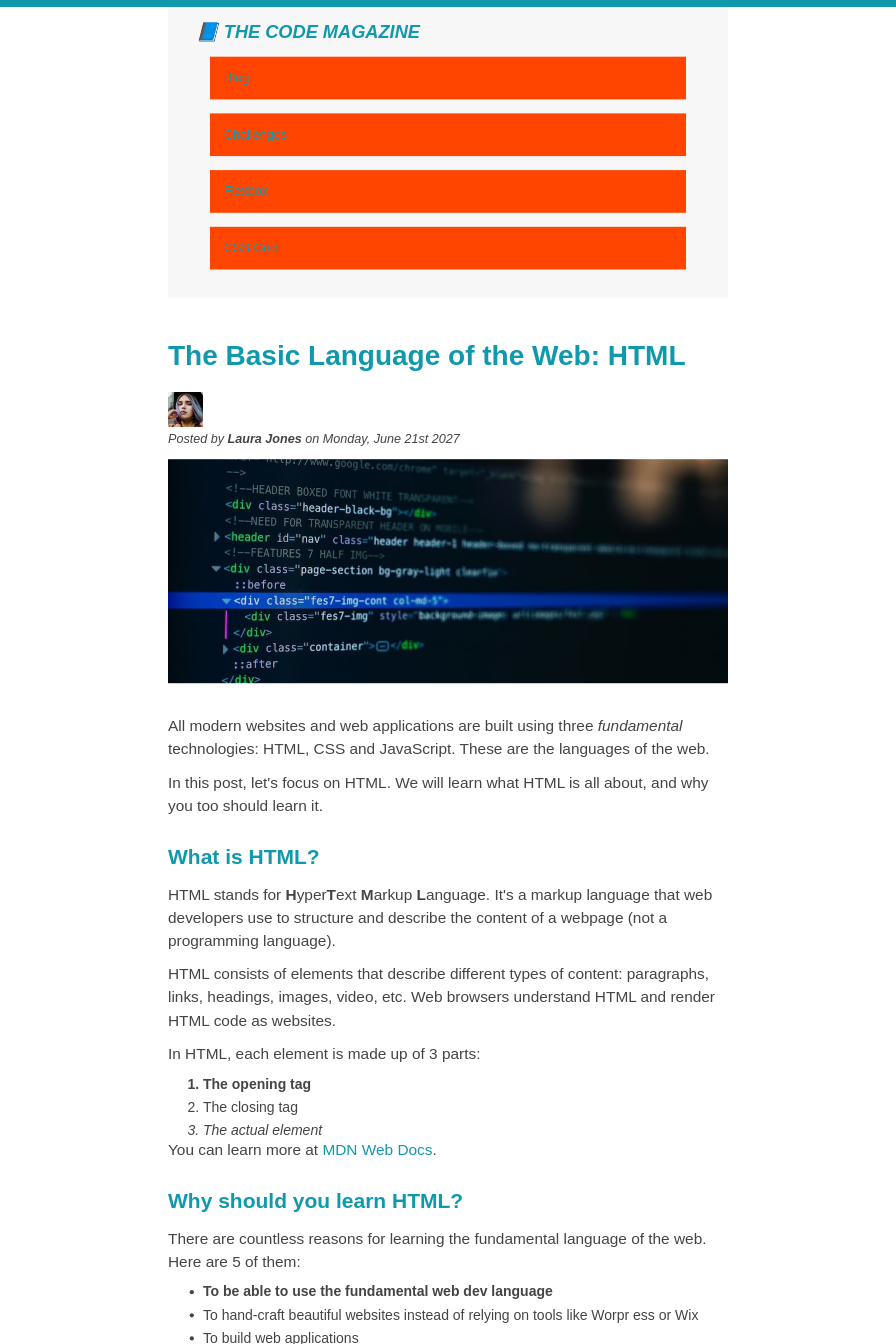
Repository: sunny070/CSS
Page: #1/index.html
An editor plug-in stored every save of this project. The page is shown before and after the next save, followed by the edit.
The browser window is 1280 px wide. The pictures show the part of the page from y = 0 to 1920 px (the page is 2621 px tall before and 2298 px after), at 70% of full size.

Above is the page before, as saved 2023-11-06 10:47:20.

### #1/index.html
<!DOCTYPE html>
<html lang="en">
  <head>
    <meta charset="UTF-8" />
    <title>The Basic Language of the Web: HTML</title>
    <link rel="stylesheet" href="style.css">
  </head>

  <body>
    <!--
    <h1>The Basic Language of the Web: HTML</h1>
    <h2>The Basic Language of the Web: HTML</h2>
    <h3>The Basic Language of the Web: HTML</h3>
    <h4>The Basic Language of the Web: HTML</h4>
    <h5>The Basic Language of the Web: HTML</h5>
    <h6>The Basic Language of the Web: HTML</h6>
    -->
<div class="container">
    <header class="main-header">
      <h1>📘 The Code Magazine</h1>

      <nav>
        <a href="blog.html">Blog</a>
        <a href="#">Challenges</a>
        <a href="#">Flexbox</a>
        <a href="#">CSS Grid</a>
      </nav>
    </header>

    <article>
      <!-- <p>Test</p> -->
      <header class="post-header">
        <h2>The Basic Language of the Web: HTML</h2>

        <img
          src="img/laura-jones.jpg"
          alt="Headshot of Laura Jones"
          height="50"
          width="50"

        />

        <p id="author">Posted by <strong>Laura Jones</strong> on Monday, June 21st 2027</p>

        <img
          src="img/post-img.jpg"
          alt="HTML code on a screen"
          width="500"
          height="200"
          class="post-img"
        />
      </header>

      <p>
        All modern websites and web applications are built using three
        <em>fundamental</em>
        technologies: HTML, CSS and JavaScript. These are the languages of the
        web.
      </p>

      <p>
        In this post, let's focus on HTML. We will learn what HTML is all about,
        and why you too should learn it.
      </p>

      <h3>What is HTML?</h3>
      <p>
        HTML stands for <strong>H</strong>yper<strong>T</strong>ext
        <strong>M</strong>arkup <strong>L</strong>anguage. It's a markup
        language that web developers use to structure and describe the content
        of a webpage (not a programming language).
      </p>
      <p>
        HTML consists of elements that describe different types of content:
        paragraphs, links, headings, images, video, etc. Web browsers understand
        HTML and render HTML code as websites.
      </p>
      <p>In HTML, each element is made up of 3 parts:</p>

      <ol>
        <li class="first-li">The opening tag</li>
        <li>The closing tag</li>
        <li>The actual element</li>
      </ol>

      <p>
        You can learn more at
        <a
          href="https://developer.mozilla.org/en-US/docs/Web/HTML"
          target="_blank"
          >MDN Web Docs</a
        >.
      </p>

      <h3>Why should you learn HTML?</h3>

      <p>
        There are countless reasons for learning the fundamental language of the
        web. Here are 5 of them:
      </p>

      <ul>
        <li class="first-li">To be able to use the fundamental web dev language</li>
        <li>
          To hand-craft beautiful websites instead of relying on tools like
          Worpr ess or Wix
        </li>
        <li>To build web applications</li>
        <li>To impress friends</li>
        <li>To have fun 😃</li>
      </ul>

      <p>Hopefully you learned something new here. See you next time!</p>
    </article>

    <aside>
      <h4>Related posts</h4>

      <ul class="related">
        <li>
          <img
            src="img/related-1.jpg"
            alt="Person programming"
            width="75"
            width="75"
          />
          <a href="#">How to Learn Web Development</a>
          <p class="related-author">By Jonas Schmedtmann</p>
        </li>
        <li>
          <img src="img/related-2.jpg" alt="Lightning" width="75" heigth="75" />
          <a href="#">The Unknown Powers of CSS</a>
          <p class="related-author">By Jim Dillon</p>
        </li>
        <li>
          <img
            src="img/related-3.jpg"
            alt="JavaScript code on a screen"
            width="75"
            height="75"
          />
          <a href="#">Why JavaScript is Awesome</a>
          <p class="related-author">By Matilda</p>
        </li>
      </ul>
    </aside>

    <footer> <p id="copyright" class="copyright text">Copyright &copy; 2027 by The Code Magazine.</p> </footer>
  </div>
  </body>
</html>

### #1/style.css
*{
    margin:0;
    padding:0;
    box-sizing: border-box;

}
/* PAGE SECTION */
body{
    /* color:red; */
    color:#444;
    font-family: sans-serif;
    border-top:10px solid #1098ad;

}
.container{
    width: 800px;
    /* margin-left: auto;
    margin-right: auto; */
    margin:0 auto;
}
.main-header{
    background-color:#f7f7f7 ;
    /* padding: 20px;
    padding-left: 40px;
    padding-right:40px; */
    padding:20px 40px;
    margin-bottom:60px;
    /* height:80px; */
}
nav {
    font-size: 18px;
    }

article{
    margin-bottom:60px;
}



.post-header{
    margin-bottom:40px;
}
aside{
    background-color:#f7f7f7;
    border-top: 5px solid #1098ad;
    border-bottom: 5px solid #1098ad;
    /* padding-top:50px;
    padding-bottom:50px; */
    padding: 50px 0;
    width:500px;

}
/* SMALLER ELEMENTS */
h1,h2,h3{
    color:#1098ad;
}

h1{

    font-size: 26px;

    text-transform: uppercase;
    font-style: italic;

}
h2{
    font-size: 40px;
    margin-bottom:30px;


}
h3{
    font-size: 30px;
    margin-bottom:20px;
    margin-top:40px;

}
h4{
    font-size:20px;
    font-family:sans-serif;
    text-transform: uppercase;
    text-align: center;
}
p{
    font-size: 22px;

    line-height: 1.5;
    margin-bottom:15px;
}

ul,ol{
    margin-left:50px;
}
li{

    font-size: 20px;
    margin-bottom:10px ;
}
li:last-child{
    margin-bottom: 0;
}
/* footer p{
    font-size:16px ;
} */

/* article header p{
    font-style: italic;
} */

#author{
    font-style: italic;
    font-size: 18px;
}
#copyright{
    font-size :16px;
}

.related-author{
    font-size:18px;
    font-weight:bold;
}
/* ul{
  list-style: none;
} */

.related{
    list-style: none;
}


/* .first-li{
    font-weight: bold;
} */
li:first-child{
    font-weight: bold;
}

li:last-child{
    font-style: italic;
}
li:nth-child(even){
    /* color:red; */
}

/* Misconception this won't work */
article p:first-child{
    color:red;
}

/* Style Links */
a:link{
    color:#1098ad;
    text-decoration: none;
}
a:visited{
    /* color:#777;
     */
     color: #1098ad;
}
a:hover{
    cursor: pointer;
    color:orange;
    font-weight: bold;
    text-decoration: underline orangered;
}
a:active{
    background-color:black;
    font-style: italic;
}
/* LVHA */

.post-img{
    width:100%;
    height: auto;
}
nav a:link{
    background-color: orangered;
    margin: 20px;
    padding: 20px;
    display: block;
}

/* resolving conflicts */
/* #copyright{
    color:red;
}
.copyright{
    color:blue;
}
.text{
    color:yellow;
}

footer p{
    color: #000;
} */

After the next save:
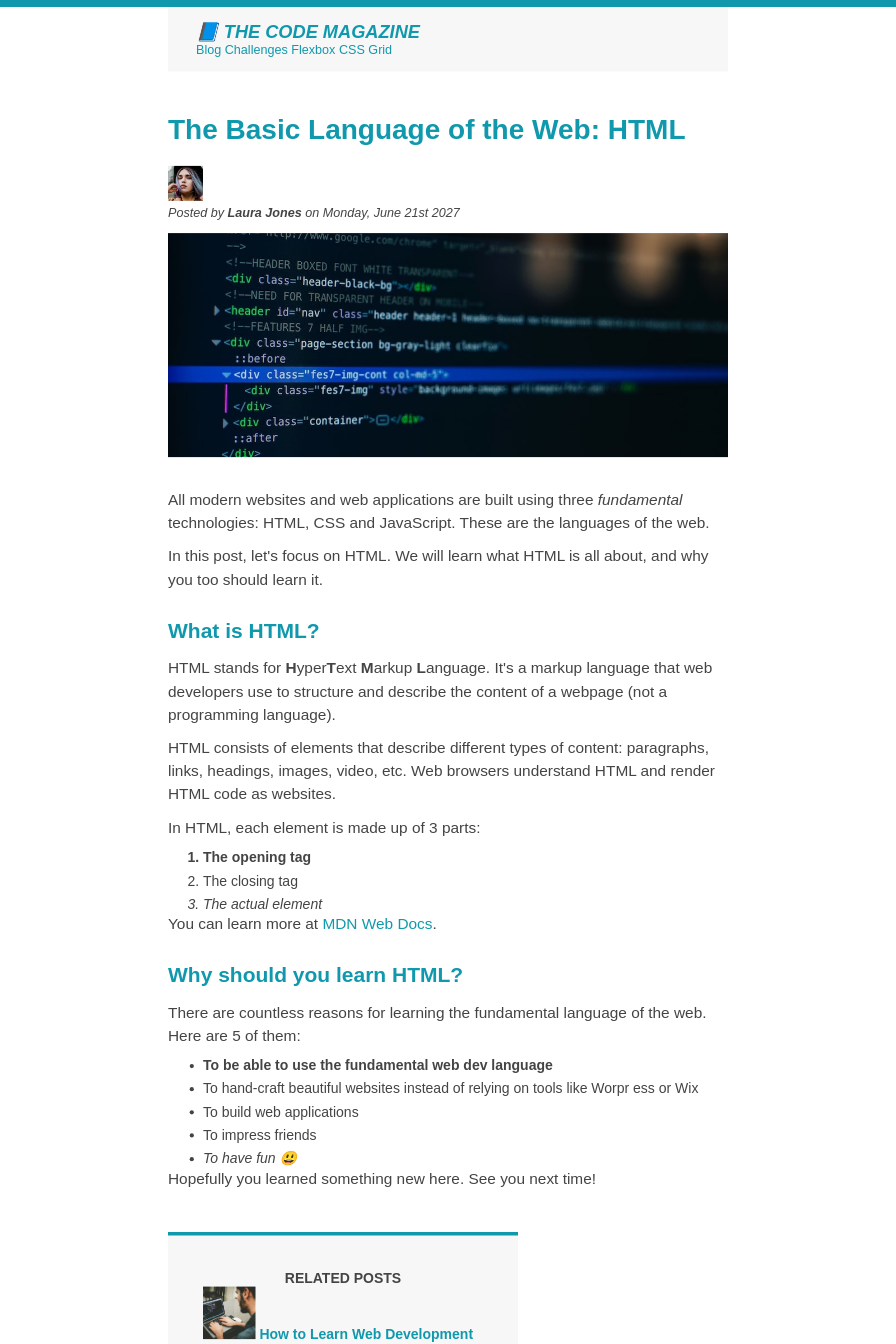
Saved 47 s later.
--- a/#1/style.css
+++ b/#1/style.css
@@ -174,10 +174,10 @@ a:active{
     height: auto;
 }
 nav a:link{
-    background-color: orangered;
+    /* background-color: orangered;
     margin: 20px;
     padding: 20px;
-    display: block;
+    display: block; */
 }
 
 /* resolving conflicts */
